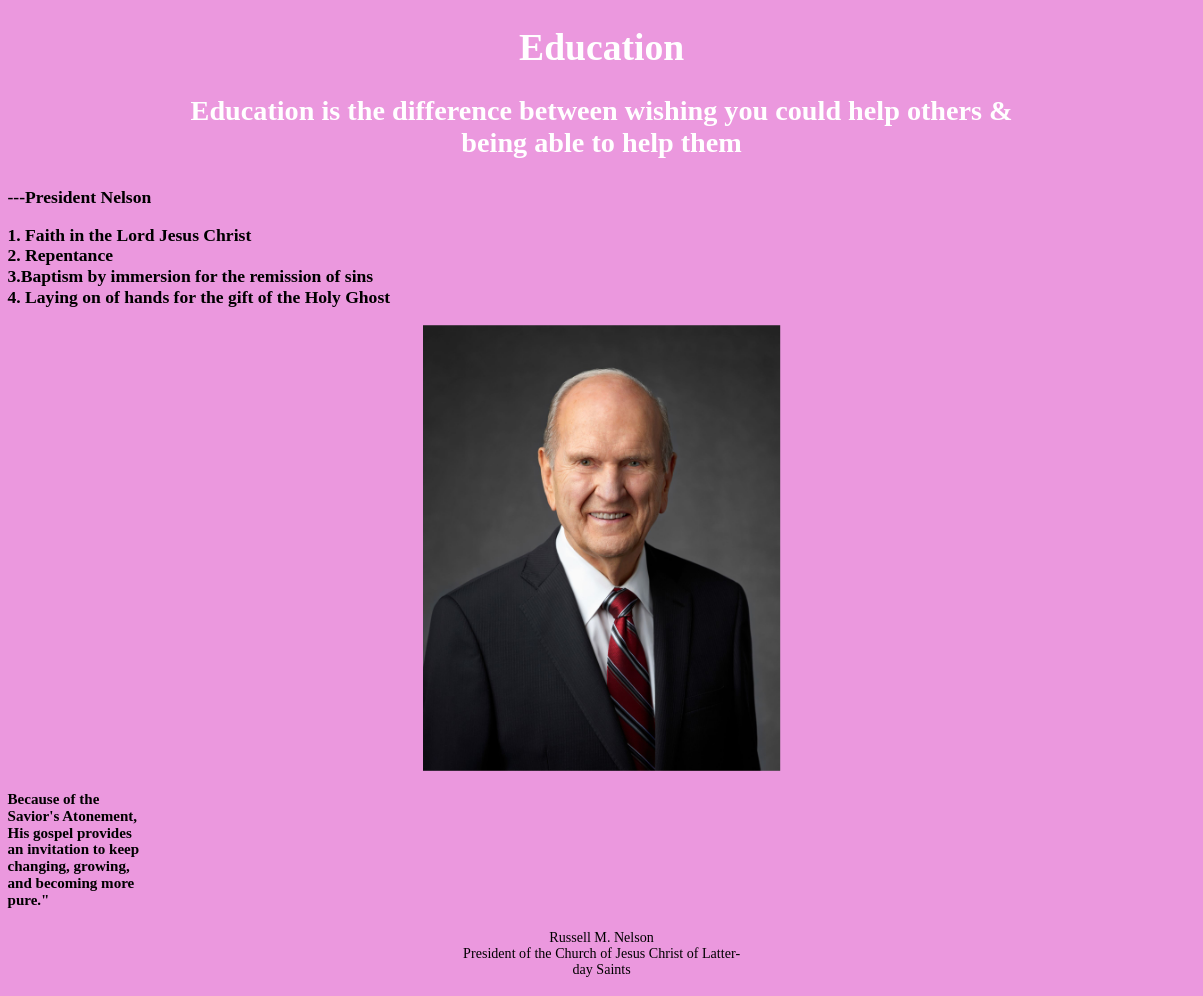
Repository: mszakutumela/wdd130
Page: W04_Challenge/index.html
The author's editor kept a copy of each file at every save. The page is drawn from the files as they stood at one save, then again after a run of saves.
The browser window is 1280 px wide. The pictures show the whole page, at 94% of full size.

Above is the page before, as saved 2023-06-05 12:51:37.

### W04_Challenge/index.html
<!DOCTYPE html>
<html lang="en">
<head>
    <title>W04 Challenge</title>
    <link rel="stylesheet" href="styles/styles.css" />
</head>
<body>
    <main>
        <h1>Education</h1>
        <h2>Education is the difference between wishing you could help others & <br>
            being able to help them</P>
        <h3>---President Nelson</p>
        <p> 1. Faith in the Lord Jesus Christ <br>
            2. Repentance <br>
            3.Baptism by immersion for the remission of sins <br>
            4. Laying on of hands for the gift of the Holy Ghost</p>
        <img alt="Image of President Nelson" src="images/russell_nelson_official_portrait_2018.jpeg">
        <h4>Because of the <br>
            Savior's Atonement, <br>
            His gospel provides <br>
            an invitation to keep <br>
            changing, growing, <br>
            and becoming more <br>
            pure."</h2>
    </main>
    <footer>
        <p>Russell M. Nelson <br>
            President of the Church of Jesus Christ of Latter- <br>
            day Saints</p>
    </footer>

</body>
</html>

### W04_Challenge/styles/styles.css
body {
    /* text-align: center; */
    background-color: rgb(235, 152, 222);
    }
img {
    width: 30%;
    display: block;
    margin: 0 auto;
}
h1 {
    color: white;
    text-align: center;
    font-size: 40px;
}
p1 {
    color: white;
    text-align: right;
}
p2 {
    color: white;
    text-align: center;
}
p3 {
    color: black;
    /* text-align: center;   */
}
h2 {
    color: white;
    text-align: center;
    font-size: 30px;
}
footer p {
    font-size: 15px;
    margin: 20px auto;
    text-align: center;
}
}

After the next 2 saves:
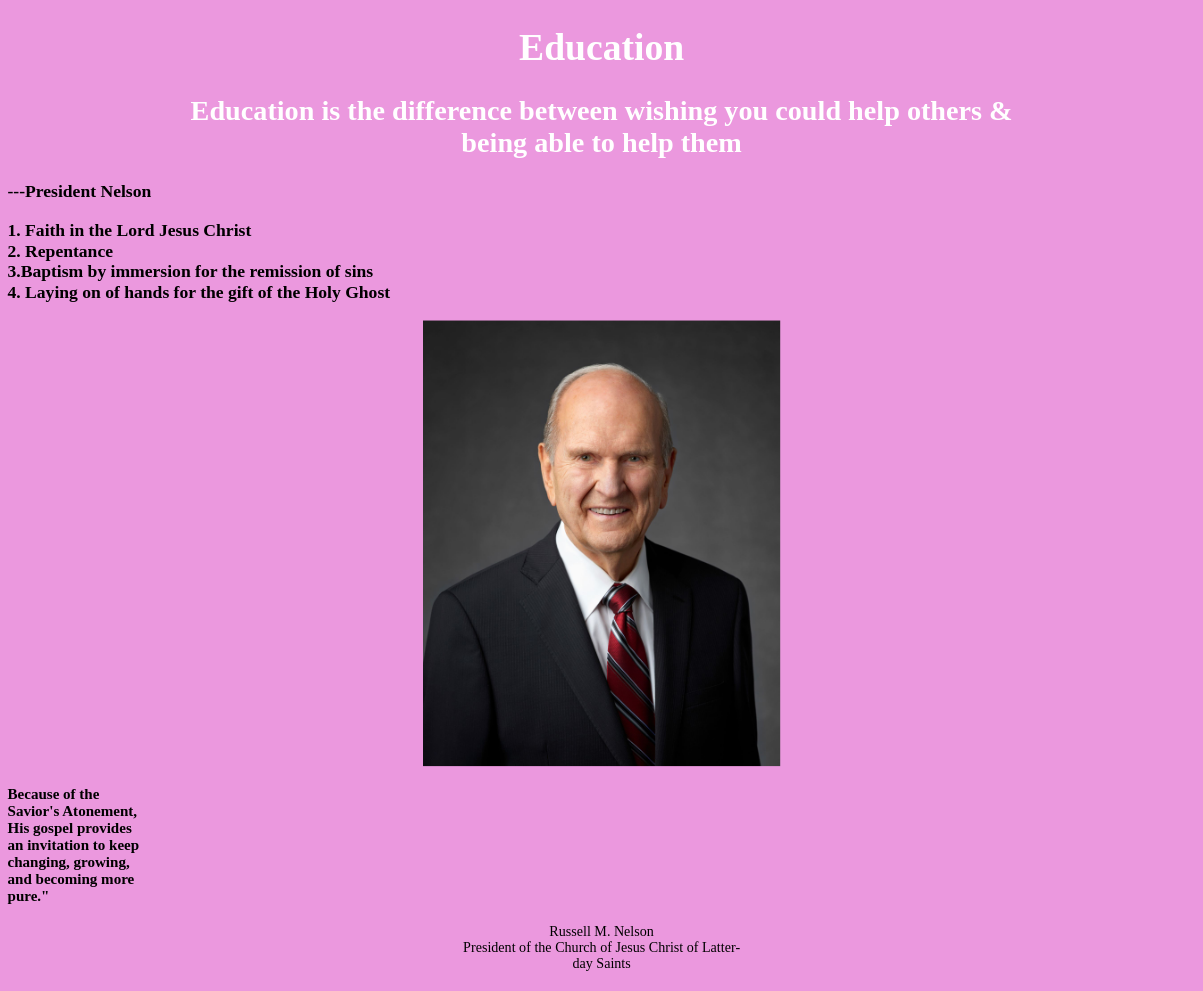
The 2 saves are shown as one change because they came seconds apart.
The last was saved 7 s later.
--- a/W04_Challenge/index.html
+++ b/W04_Challenge/index.html
@@ -8,7 +8,7 @@
     <main>
         <h1>Education</h1>
         <h2>Education is the difference between wishing you could help others & <br>
-            being able to help them</P>
+            being able to help them</h>
         <h3>---President Nelson</p>
         <p> 1. Faith in the Lord Jesus Christ <br>
             2. Repentance <br>
